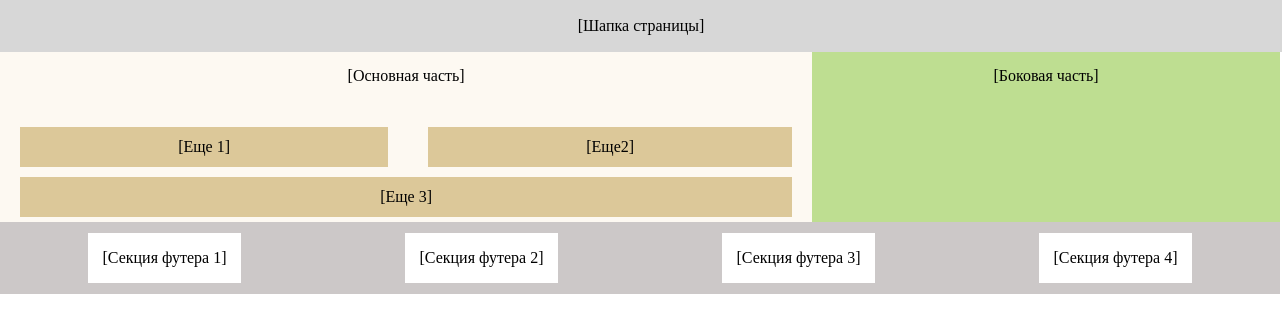
Repository: VictoriSyh/week7
Page: index.html
An editor plug-in stored every save of this project. The page is shown before and after the next save, followed by the edit.
The browser window is 1280 px wide. The page is 1282 px wide, so the pictures cover 1282 px, including what lies to the right of the window. The pictures show the whole page.

Above is the page before, as saved 2025-01-02 17:38:36.

### index.html
<!DOCTYPE html>
<html lang="ru">
<head>
    <link rel="stylesheet" href="/styles/normalize.css">
    <link rel="stylesheet" href="/styles/style.css">
    <meta charset="UTF-8">
    <meta name="viewport" content="width=device-width, initial-scale=1.0">
    <link rel="shortcut icon" href="https://www.svgrepo.com/show/529024/home-wifi-angle.svg"
    type="image/svg">
    <title>Домашняя работа</title>
</head>
<body>
<header>
    [Шапка страницы]
</header>
    <main>
<div class="mainpart">
    <div class="left">
    <div class="block">[Основная часть]</div>
    <div class="one">[Еще 1]</div>
    <div class="two">[Еще2]</div>
    <div class="three">[Еще 3]</div>
</div>
<div class="right_block">
    <div class="text">[Боковая часть]</div>
</div>
</div>

</main>
    <footer>
        <div class="section">[Секция футера 1]</div>
        <div class="section">[Секция футера 2]</div>
        <div class="section">[Секция футера 3]</div>
        <div class="section">[Секция футера 4]</div>
    </footer>
</body>
</html

### styles/style.css
header{
    display: grid;
    align-items: center;
    justify-items: center;
    border: 1px solid rgb(215, 215, 215);
    background-color: rgb(215, 215, 215);
    height: 50px;
    width: 100%;
}
main{
    display: grid;
    width: 100%;
}

.mainpart{
    display: grid;
    grid-template-columns: repeat(auto-fit, minmax(3, 1fr))

}

.left{
    display: grid;
    grid-template-rows: 70px 50px 50px;
    grid-column:1/3;
    background-color:rgb(253, 249, 242)
}

.block{
    display: grid;
    grid-row: 1/2;
    grid-column:1/3;
    margin: 15px;
    text-align: center;
}

.right_block{
    grid-row: 1/2;
    grid-column:3/4;
    background-color: rgb(190, 222, 145);
    text-align: center;
}

.text{
    margin: 15px;
}

.three{
    display: grid;
    grid-row: 3/4;
    grid-column:1/3;
    place-items: center;
    margin: auto;
    background-color: rgb(220, 200, 153);
    width: 95%;
    height: 80%;
}

.one{
    display: grid;
    grid-row: 2/3;
    grid-column:1/2;
    place-items: center;
    margin: auto;
    background-color: rgb(220, 200, 153);
    width: 90%;
    height: 80%;
}

.two{
    display: grid;
    grid-row: 2/3;
    grid-column:2/3;
    place-items: center;
    margin: auto;
    background-color: rgb(220, 200, 153);
    width: 90%;
    height: 80%;
}

footer{
    display: grid;
    grid-template-columns: repeat(auto-fit, minmax(200px, 1fr));
    gap: 10px;
    padding: 10px;
    justify-items: center;
    align-items: center;
    border: 1px solid rgb(204, 200, 200);
    background-color: rgb(204, 200, 200);
}
.section{
    display: grid;
    background-color: white;
    width: 50%;
    height: 50px;
    place-items: center;
}

Loaded but not shown: styles/normalize.css (library)

After the next save:
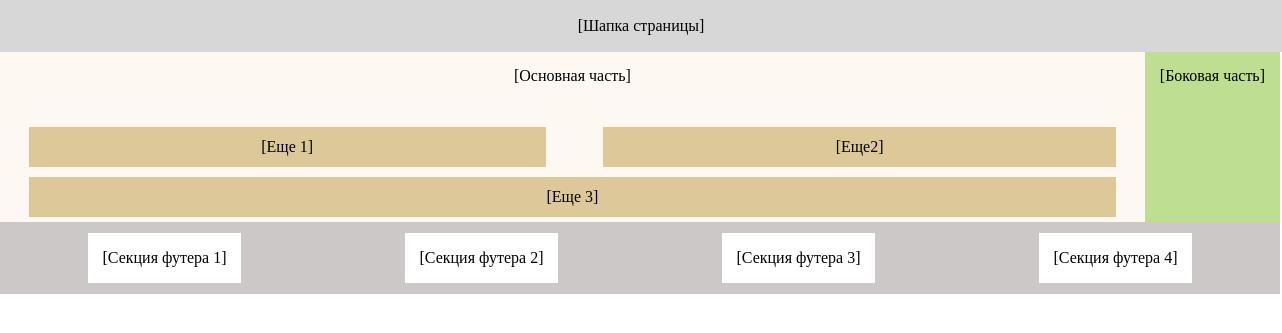
Saved 9 s later.
--- a/styles/style.css
+++ b/styles/style.css
@@ -14,7 +14,7 @@ main{
 
 .mainpart{
     display: grid;
-    grid-template-columns: repeat(auto-fit, minmax(3, 1fr))
+    grid-template-columns: repeat(auto-fit, minmax(500px, 1fr))
 
 }
 
